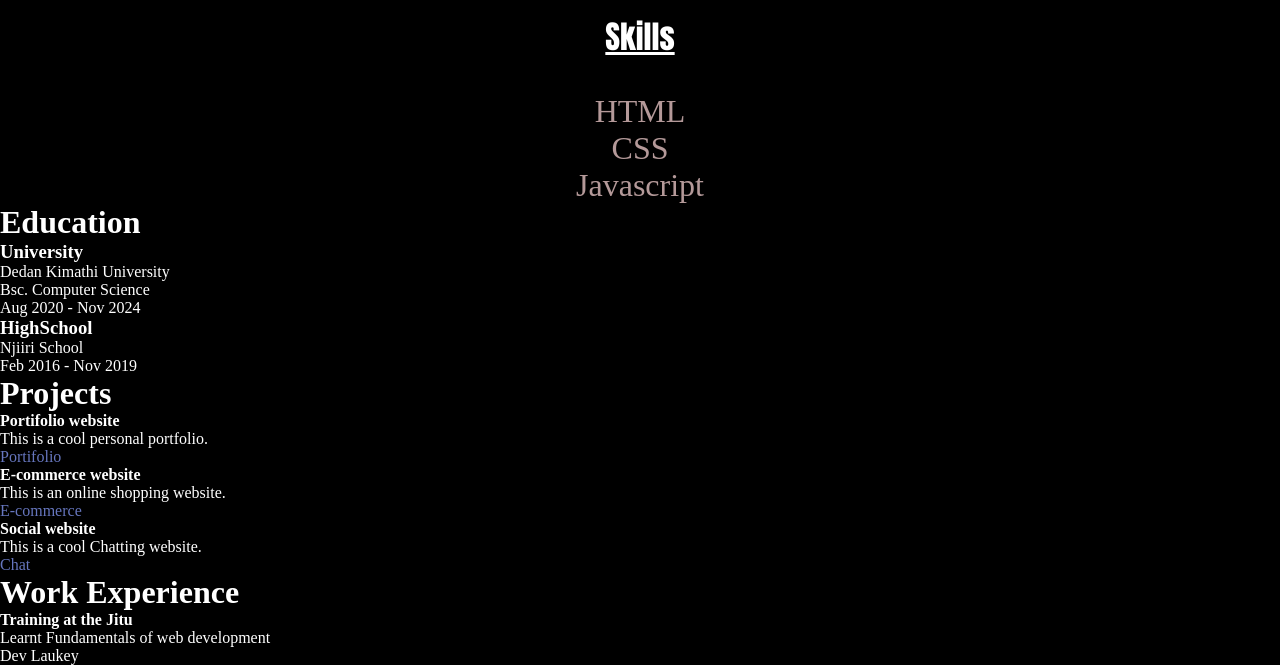
Repository: LaukeyMwaura/Jitu-Day-2
Page: index.html
An editor plug-in stored every save of this project. The page is shown before and after the next save, followed by the edit.
The browser window is 1280 px wide. The pictures show the part of the page from y = 640 to 1381 px (the page is 1305 px tall before and 1381 px after).
A picture or video elsewhere on the page could not be fetched, so the positions and the page height are approximate.

Above is the page before, as saved 2022-05-12 00:33:15.

After the next save:
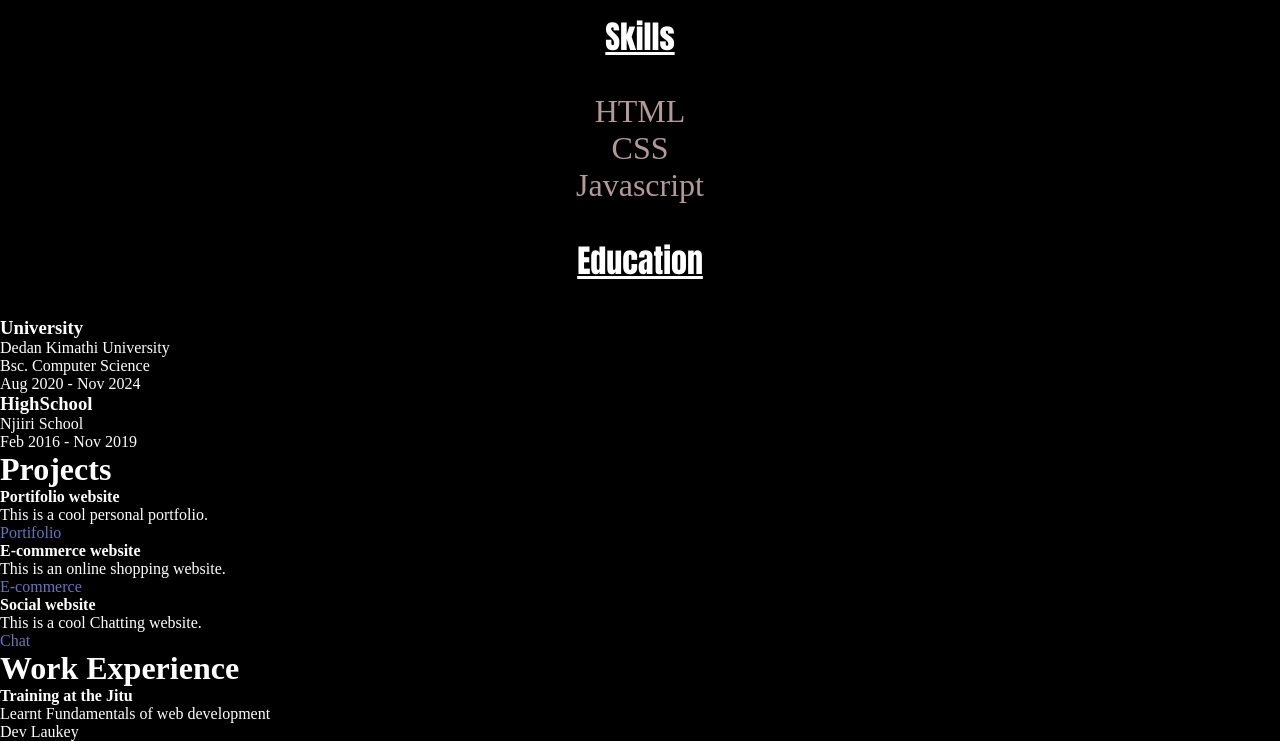
Saved 4 s later.
--- a/index.html
+++ b/index.html
@@ -57,7 +57,7 @@
     </div>
 
     <div class="education" id="education">
-      <h1 class="">Education</h1>
+      <h1 class="heading">Education</h1>
       <div class="">
         <h3>University</h3>
         <p>Dedan Kimathi University</p>
